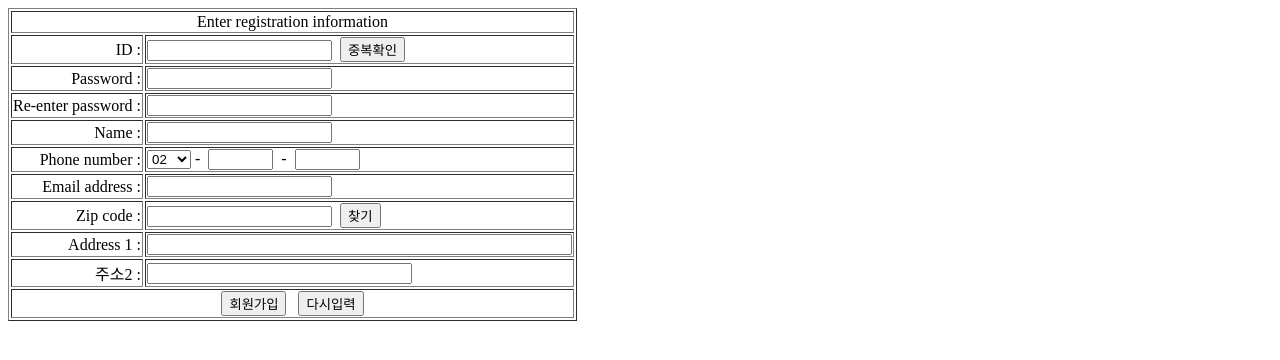
Repository: tomaters/servlets-JSP
Page: http://localhost/jsptest/mvcMem/regForm.jsp
The author's editor kept a copy of each file at every save. The page is drawn from the files as they stood at one save, then again after the next save.
The browser window is 1280 px wide. The pictures show the whole page.
The page is served by Tomcat 10. Other server files are loaded and not shown.

Above is the page before, as saved 2023-12-11 02:44:57.

### jsptest/src/main/webapp/mvcMem/regForm.jsp
<%@ page language="java" contentType="text/html; charset=UTF-8"
	pageEncoding="UTF-8"%>
<html>
<head>
<meta http-equiv="Content-Type" content="text/html; charset=utf-8">
<title>Registration form</title>
<link href="css/style.css" type="test/css" rel="stylesheet" />
<script type="text/javascript" src="script.js"></script>
</head>
<body>
	<form method="post" action="member.mdo?cmd=regProc" name="regForm">
		<table border="1">
			<tr>
				<td colspan="2" align="center">Enter registration information</td>
			</tr>
			<tr>
				<td align="right">ID :</td>
				<td><input type="text" name="id" size="20" />&nbsp; <input
					type="button" value="중복확인" onClick="idCheck(this.form.id.value)" /></td>
			</tr>
			<tr>
				<td align="right">Password :</td>
				<td><input type="password" name="pass" /></td>
			</tr>
			<tr>
				<td align="right">Re-enter password :</td>
				<td><input type="password" name="repass" /></td>
			</tr>
			<tr>
				<td align="right">Name :</td>
				<td><input type="text" name="name" /></td>
			</tr>
			<tr>
				<td align="right">Phone number :</td>
				<td><select name="phone1">
						<option value="02">02</option>
						<option value="011">011</option>
				</select>&nbsp;-&nbsp; <input type="text" name="phone2" size="5" />
					&nbsp;-&nbsp; <input type="text" name="phone3" size="5" /></td>
			</tr>
			<tr>
				<td align="right">Email address :</td>
				<td><input type="text" name="email" /></td>
			</tr>
			<tr>
				<td align="right">Zip code :</td>
				<td><input type="text" name="zipcode" size="20" />&nbsp; <input
					type="button" value="찾기" onClick="zipCheck()" /></td>
			</tr>
			<tr>
				<td align="right">Address 1 :</td>
				<td><input type="text" name="address1" size="50" /></td>
			</tr>
			<tr>
				<td align="right">주소2 :</td>
				<td><input type="text" name="address2" size="30" /></td>
			</tr>
			<tr>
				<td colspan="2" align="center"><input type="button"
					value="회원가입" onClick="inputCheck()" />&nbsp;&nbsp; <input
					type="reset" value="다시입력" /></td>
			</tr>
</body>
</html>

### jsptest/src/main/webapp/mvcMem/script.js
function idCheck(id) {
	if (id == "") {
		alert("Enter ID.");
		document.regForm.id.focus();
	} else {
		url = "member.mdo?cmd=idCheck&id=" + id;
		window.open(url, "post", "width=300,height=150");
	}
}


function zipCheck() {
	url = "member.mdo?cmd=zipCheck&check=y";
	window.open(url, "post", "toolbar=no, width=500, height=300, directories = no, status = yes, scrollbars = yes, menubar = no");
}

function inputCheck() {
	var theForm = document.regForm;
	if (!theForm.id.value) {
		alert("Enter ID");
		theForm.id.focus();
		return;
	}
	if (!theForm.pass.value) {
		alert("Enter password");
		theForm.pass.focus();
		return;
	}
	if (!theForm.repass.value) {
		alert("Check password");
		theForm.repass.focus();
		return;
	}
	if (theForm.repass.value != theForm.pass.value) {
		alert("Passwords do not match");
		theForm.repass.focus();
		return;
	}
	if (!theForm.name.value) {
		alert("Enter name");
		theForm.name.focus();
		return;
	}
	if (!theForm.phone1.value) {
		alert("Enter first digits of phone");
		theForm.phone1.focus();
		return;
	}
	if (!theForm.phone2.value) {
		alert("Enter middle digits of phone");
		theForm.phone2.focus();
		return;
	}
	if (!theForm.phone3.value) {
		alert("Enter last digits of phone");
		theForm.phone3.focus();
		return;
	}
	if (!theForm.email.value) {
		alert("Enter email address");
		theForm.email.focus();
		return;
	}
	var regExp = /^[0-9a-zA-Z]([-_.]?[0-9a-zA-Z])*@[0-9a-zA-Z]([-_.]?[0-9a-zA-Z])*.[a-zA-Z]{2,3}$/i;
	if (!regExp.test(theForm.email.value)) {
		alert("Check email address");
		theForm.email.focus();
		return;
	}
	if (!theForm.zipcode.value) {
		alert("Enter zipcode");
		theForm.zipcode.focus();
		return;
	}
	if (!theForm.address1.value) {
		alert("Enter address 1");
		theForm.address1.focus();
		return;
	}
	if (!theForm.address2.value) {
		alert("Enter address 2");
		theForm.address2.focus();
		return;
	}
	theForm.submit();
}

After the next save:
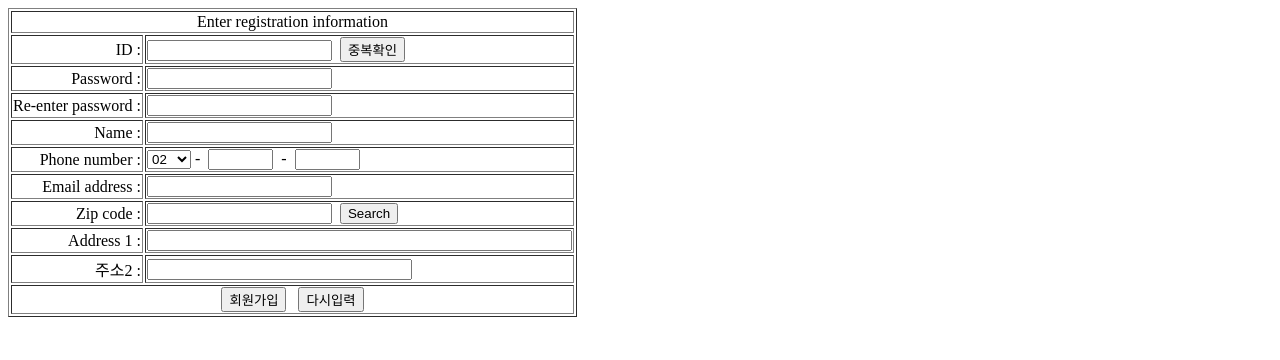
Saved 5 s later.
--- a/jsptest/src/main/webapp/mvcMem/regForm.jsp
+++ b/jsptest/src/main/webapp/mvcMem/regForm.jsp
@@ -45,7 +45,7 @@
 			<tr>
 				<td align="right">Zip code :</td>
 				<td><input type="text" name="zipcode" size="20" />&nbsp; <input
-					type="button" value="찾기" onClick="zipCheck()" /></td>
+					type="button" value="Search" onClick="zipCheck()" /></td>
 			</tr>
 			<tr>
 				<td align="right">Address 1 :</td>
